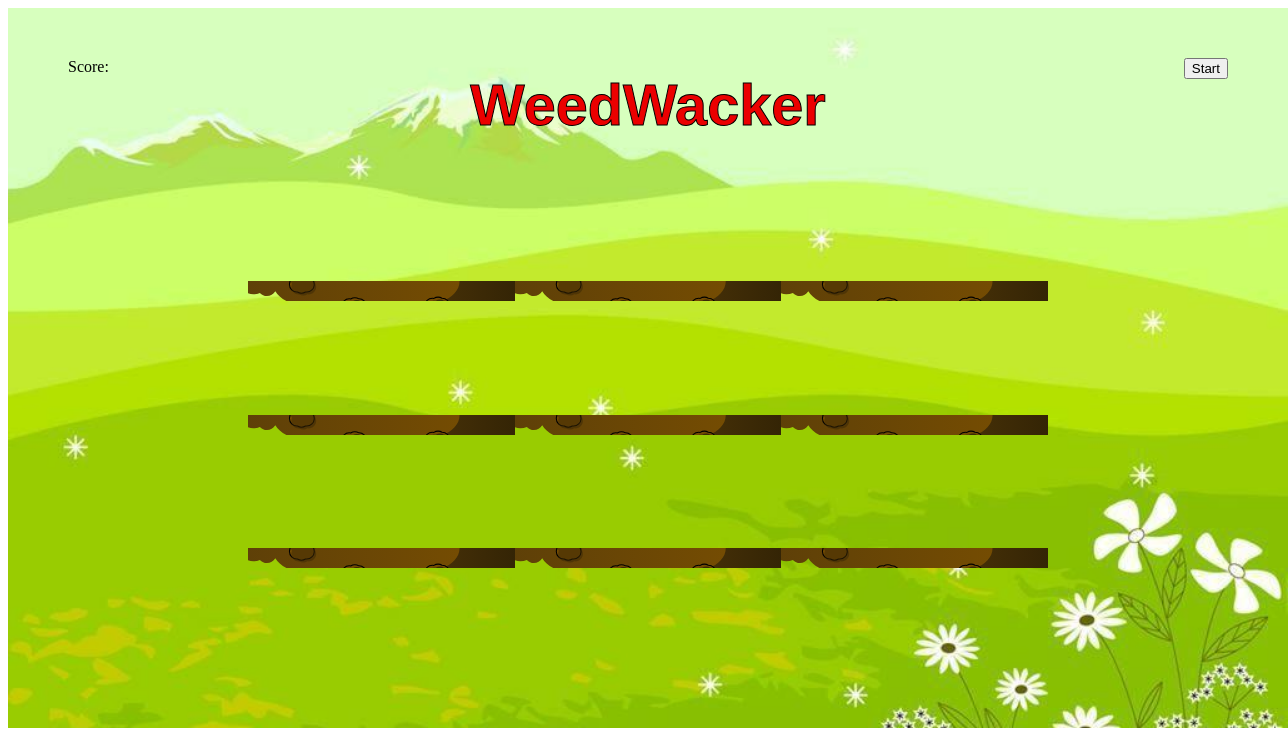
Repository: AustinW24/weedwacker
Page: index.html
These files come from the project's save history. The page is drawn as it stood at one moment and after a run of saves; the edit follows.
The browser window is 1280 px wide. The page is 1288 px wide, so the pictures cover 1288 px, including what lies to the right of the window. The pictures show the whole page.
Some web fonts or font styles are not loaded; a fallback is used.

Above is the page before, as saved 2022-02-09 10:21:54.

After the next 4 saves:
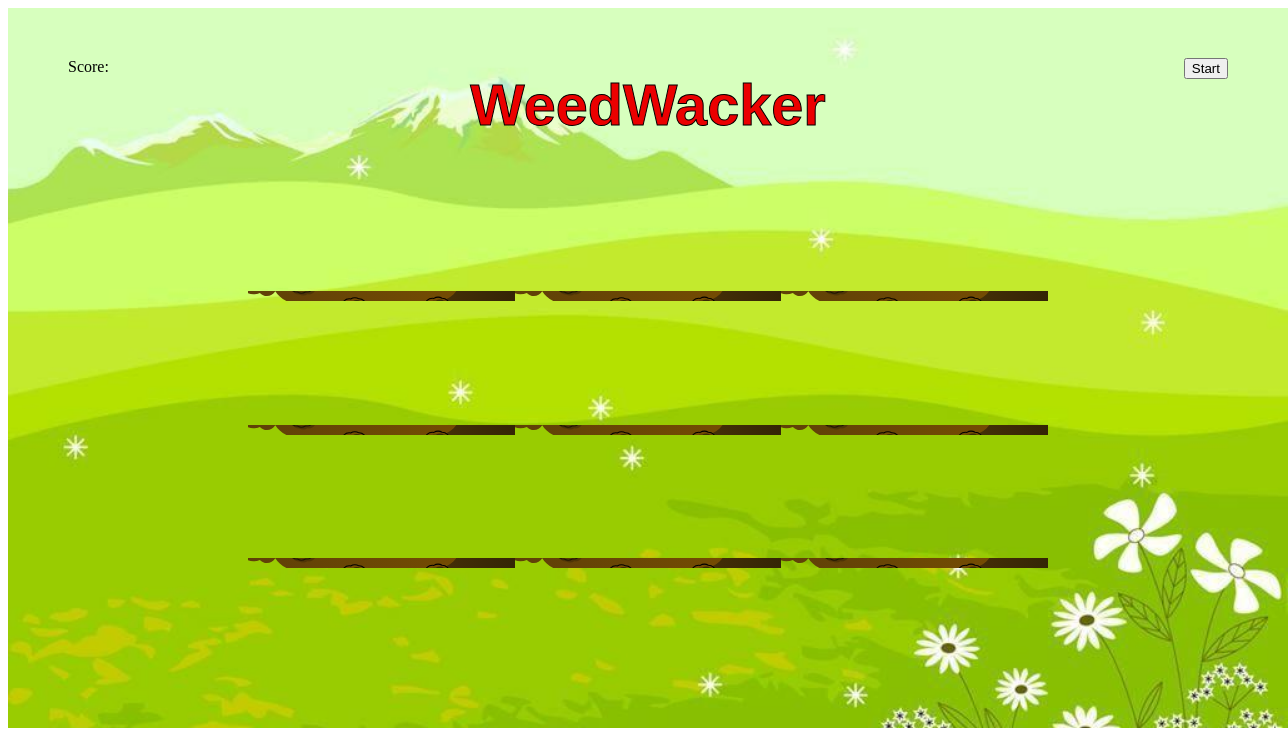
The 4 saves are shown as one change because they came seconds apart.
The last was saved 17 s later.
--- a/style.css
+++ b/style.css
@@ -53,7 +53,7 @@ html{
     content: '';
     position: absolute;
     width: 100%;
-    height: 50px;
+    height: 40px;
     z-index: 2;
     bottom: -30px;
 }
